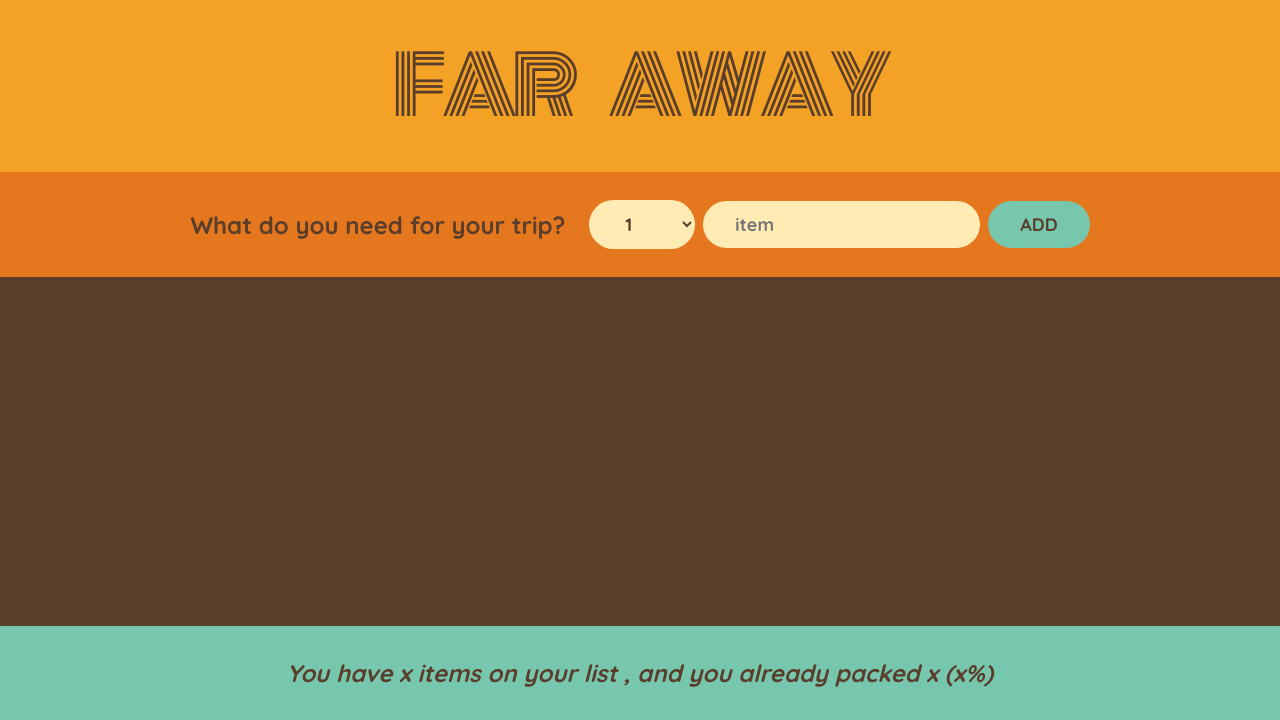
Repository: ahmedharidy/react-checklist
Page: /
These files come from the project's save history. The page is drawn as it stood at one moment and after a run of saves; the edit follows.
The browser window is 1280 px wide. The pictures show the whole page.
The project was rebuilt for these pictures with package versions that can differ from the ones it lists, and the page was loaded fresh each time.

Above is the page before, as saved 2026-10-04 19:28:29.

After the next 5 saves:
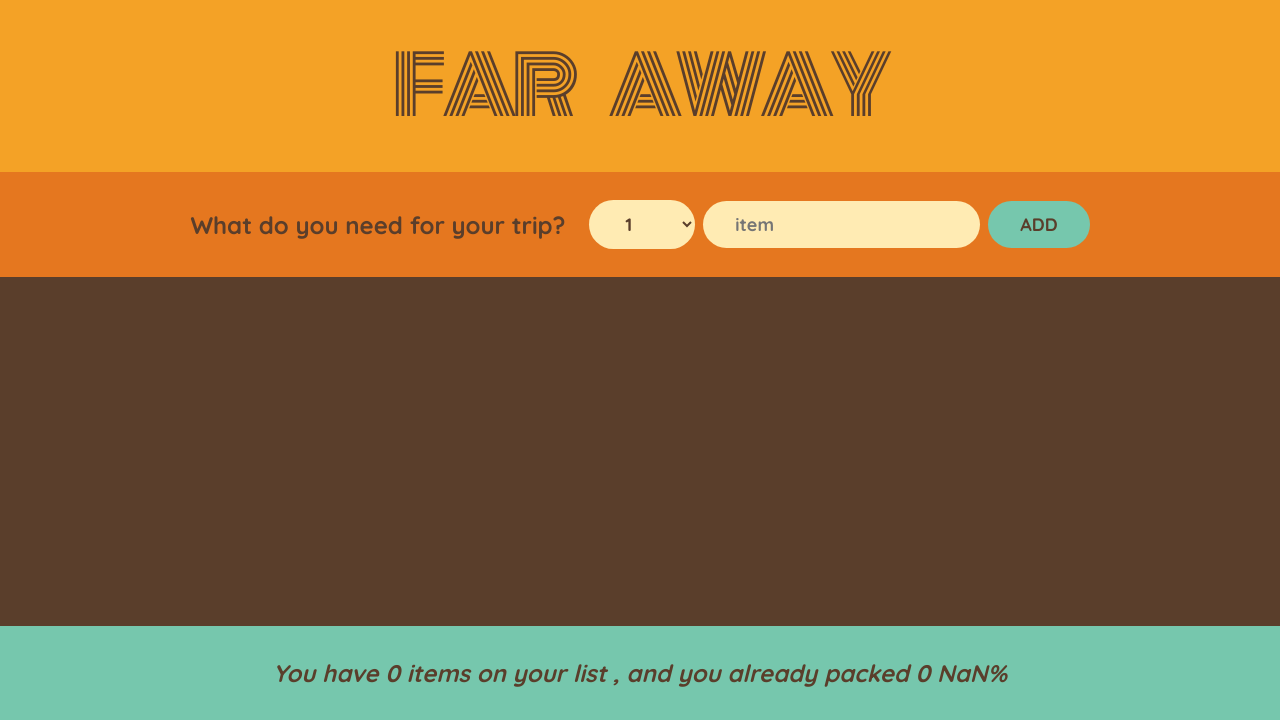
The 5 saves are shown as one change because 4 did not build or start.
The last was saved 4 min 3 s later.
--- a/src/App.js
+++ b/src/App.js
@@ -108,10 +108,17 @@
   );
 }
 
-function Stats() {
+function Stats({ items }) {
+  const numItems = items.length;
+  const numPacked = items.filter((item) => item.packed).length;
+  const percentage = Math.round((numPacked / numItems) * 100);
+
   return (
     <footer className="stats">
-      <em>You have x items on your list , and you already packed x (x%)</em>
+      <em>
+        You have {numItems} items on your list , and you already packed{" "}
+        {numPacked} {`${percentage}%`}
+      </em>
     </footer>
   );
 }
